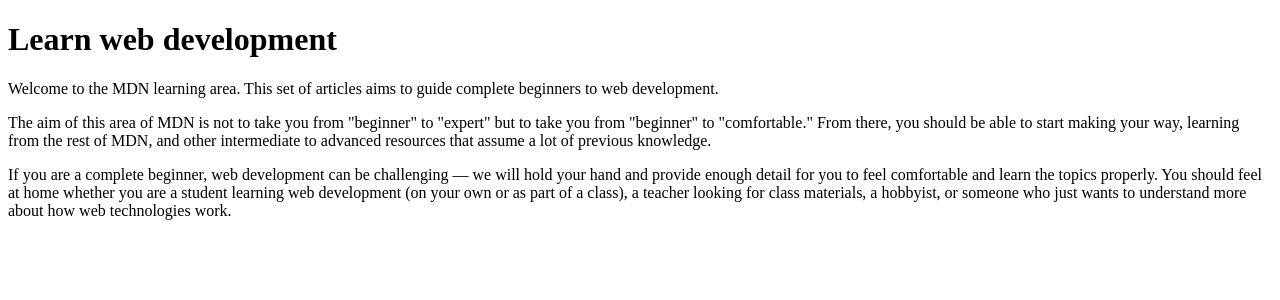
Repository: sriram1224/ReactProjects.github.io
Page: Assignments/Assignment2/index.html
These files come from the project's save history. The page is drawn as it stood at one moment and after the next save; the edit follows.
The browser window is 1280 px wide. The pictures show the whole page.
Some web libraries are served in a nearby version.

Above is the page before, as saved 2024-03-01 10:52:30.

After the next save:
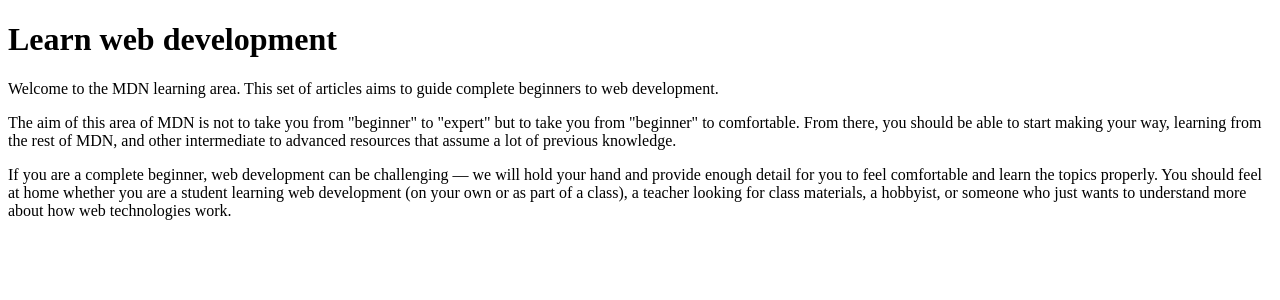
Saved 40 s later.
--- a/Assignments/Assignment2/index.html
+++ b/Assignments/Assignment2/index.html
@@ -18,7 +18,7 @@
           </p>
           <p id='para'>
             The aim of this area of MDN is not to take you from "beginner" to "expert" but to
-take you from "beginner" to "comfortable." From there, you should be able to start
+take you from "beginner" to comfortable. From there, you should be able to start
 making your way, learning from the rest of MDN, and other intermediate to
 advanced resources that assume a lot of previous knowledge.
           </p>

After the save that followed:
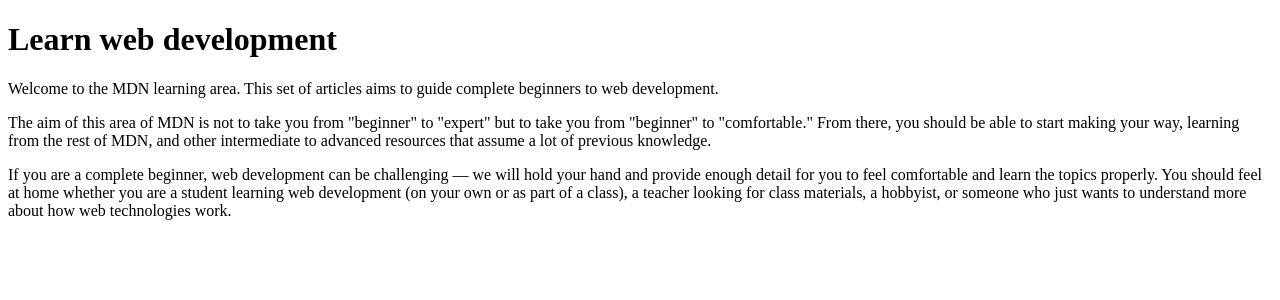
Saved 9 s later.
--- a/Assignments/Assignment2/index.html
+++ b/Assignments/Assignment2/index.html
@@ -18,7 +18,7 @@
           </p>
           <p id='para'>
             The aim of this area of MDN is not to take you from "beginner" to "expert" but to
-take you from "beginner" to comfortable. From there, you should be able to start
+take you from "beginner" to "comfortable." From there, you should be able to start
 making your way, learning from the rest of MDN, and other intermediate to
 advanced resources that assume a lot of previous knowledge.
           </p>
